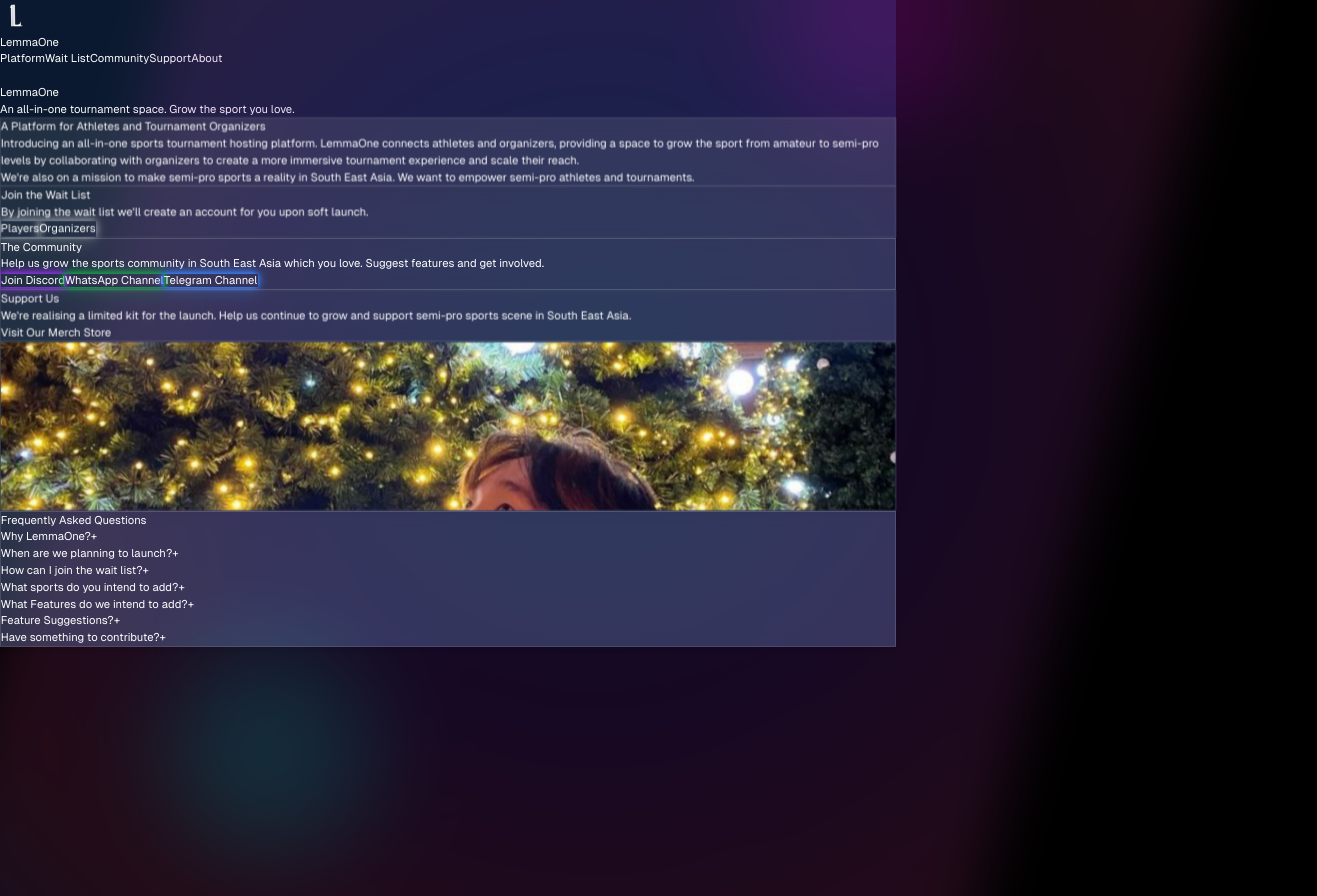
Repository: yao-creative/lemma-one-launch
Page: /
These files come from the project's save history. The page is drawn as it stood at one moment and after the next save; the edit follows.
The browser window is 1280 px wide. The page is 1882 px wide, so the pictures cover 1882 px, including what lies to the right of the window. The pictures show the part of the page from y = 0 to 1280 px (the page is 1952 px tall), at 70% of full size.
Some web fonts or font styles are not loaded; a fallback is used. The project was rebuilt for these pictures with package versions that can differ from the ones it lists, and the page was loaded fresh each time. The framework's server and built-in components were replaced by stand-ins that run in the browser. Also part of the build but not shown: next.config.js, next.config.mjs, app/components/WaitListForm.tsx.

Above is the page before, as saved 2024-09-28 15:32:54.

### app/layout.tsx
import type { Metadata } from "next";
import localFont from "next/font/local";
import "./globals.css";

const geistSans = localFont({
  src: "./fonts/GeistVF.woff",
  variable: "--font-geist-sans",
  weight: "100 900",
});

const geistMono = localFont({
  src: "./fonts/GeistMonoVF.woff",
  variable: "--font-geist-mono",
  weight: "100 900",
});

const nikeFont = localFont({
  src: "./fonts/Futura-Condensed-Extra-Bold.otf",
  variable: "--font-nike",
});

export const metadata: Metadata = {
  title: "LemmaOne",
  description: "A space for semi-pro athletes. Growing the sport we love.",
};

export default function RootLayout({
  children,
}: Readonly<{
  children: React.ReactNode;
}>) {
  return (
    <html lang="en">
      <body
        className={`${geistSans.variable} ${geistMono.variable} ${nikeFont.variable} antialiased`}
      >
        {children}
      </body>
    </html>
  );
}

### app/globals.css
@tailwind base;
@tailwind components;
@tailwind utilities;

:root {
  --background: #000000;
  --foreground: #ffffff;
  --dark-blue: #0a192f;
}

@media (prefers-color-scheme: dark) {
  :root {
    --background: #0a0a0a;
    --foreground: #ededed;
  }
}

body {
  color: var(--foreground);
  background: var(--background);
  font-family: var(--font-geist-sans), Arial, sans-serif;
}

@layer utilities {
  .text-balance {
    text-wrap: balance;
  }
}

@keyframes pulse-subtle {
  0%, 100% {
    opacity: 1;
  }
  50% {
    opacity: 0.8;
  }
}

.animate-pulse-subtle {
  animation: pulse-subtle 2s cubic-bezier(0.4, 0, 0.6, 1) infinite;
}

.glow-button {
  box-shadow: 0 0 10px rgba(255, 255, 255, 0.5), 0 0 20px rgba(255, 255, 255, 0.3), 0 0 30px rgba(255, 255, 255, 0.1);
  transition: all 0.3s ease;
}

.glow-button:hover {
  box-shadow: 0 0 15px rgba(255, 255, 255, 0.7), 0 0 25px rgba(255, 255, 255, 0.5), 0 0 35px rgba(255, 255, 255, 0.3);
}

.neon-button {
  box-shadow: 0 0 10px #9333ea, 0 0 20px #9333ea, 0 0 30px #9333ea;
  animation: neon-glow 1.5s ease-in-out infinite alternate;
}

@keyframes neon-glow {
  from {
    box-shadow: 0 0 5px #9333ea, 0 0 20px #9333ea, 0 0 30px #9333ea;
  }
  to {
    box-shadow: 0 0 10px #9333ea, 0 0 30px #9333ea, 0 0 40px #9333ea;
  }
}

@keyframes pulse {
  0%, 100% {
    opacity: 1;
  }
  50% {
    opacity: 0.5;
  }
}

.animate-pulse {
  animation: pulse 2s cubic-bezier(0.4, 0, 0.6, 1) infinite;
}

.bg-darkBlue {
  background-color: var(--dark-blue);
}

.glassmorphism-bg {
  position: absolute;
  inset: -50%;
  background: radial-gradient(
    circle,
    rgba(65, 105, 225, 0.3) 0%,
    rgba(147, 51, 234, 0.3) 33%,
    rgba(236, 72, 153, 0.3) 66%,
    rgba(59, 130, 246, 0.3) 100%
  );
  filter: blur(40px);
  opacity: 0.5;
  animation: move 20s linear infinite;
}

/* Add neon blobs */
.glassmorphism-bg::before,
.glassmorphism-bg::after {
  content: '';
  position: absolute;
  width: 300px;
  height: 300px;
  border-radius: 50%;
  filter: blur(60px);
}

.glassmorphism-bg::before {
  background: rgba(255, 0, 255, 0.3);
  top: 20%;
  left: 20%;
  animation: float 10s ease-in-out infinite;
}

.glassmorphism-bg::after {
  background: rgba(0, 255, 255, 0.3);
  bottom: 20%;
  right: 20%;
  animation: float 12s ease-in-out infinite reverse;
}

@keyframes float {
  0%, 100% { transform: translate(0, 0); }
  50% { transform: translate(30px, 30px); }
}

@keyframes move {
  0% {
    transform: translate(0, 0) rotate(0deg);
  }
  25% {
    transform: translate(10%, 10%) rotate(90deg);
  }
  50% {
    transform: translate(0, 20%) rotate(180deg);
  }
  75% {
    transform: translate(-10%, 10%) rotate(270deg);
  }
  100% {
    transform: translate(0, 0) rotate(360deg);
  }
}

section {
  background-color: rgba(255, 255, 255, 0.1);
  backdrop-filter: blur(10px);
  border: 1px solid rgba(255, 255, 255, 0.2);
  box-shadow: 0 4px 6px rgba(0, 0, 0, 0.1);
}

.section-glass {
  background-color: rgba(255, 255, 255, 0.1);
  backdrop-filter: blur(10px);
  border: 1px solid rgba(255, 255, 255, 0.2);
  box-shadow: 0 4px 6px rgba(0, 0, 0, 0.1);
}

.title-section {
  background: none;
  backdrop-filter: none;
  border: none;
  box-shadow: none;
}

select[multiple] {
  height: auto;
  min-height: 100px;
}

select[multiple] option {
  padding: 0.5rem;
  margin-bottom: 0.25rem;
  border-radius: 0.25rem;
  background-color: rgba(255, 255, 255, 0.1);
  transition: background-color 0.2s;
}

select[multiple] option:checked {
  background-color: rgba(255, 255, 255, 0.3);
}

.neon-button-purple {
  box-shadow: 0 0 5px #9333ea, 0 0 10px #9333ea, 0 0 15px #9333ea;
  animation: neon-glow-purple 1.5s ease-in-out infinite alternate;
}

@keyframes neon-glow-purple {
  from {
    box-shadow: 0 0 5px #9333ea, 0 0 10px #9333ea, 0 0 15px #9333ea;
  }
  to {
    box-shadow: 0 0 10px #9333ea, 0 0 15px #9333ea, 0 0 20px #9333ea;
  }
}

.neon-button-green {
  box-shadow: 0 0 5px #16a34a, 0 0 10px #16a34a, 0 0 15px #16a34a;
  animation: neon-glow-green 1.5s ease-in-out infinite alternate;
}

@keyframes neon-glow-green {
  from {
    box-shadow: 0 0 5px #16a34a, 0 0 10px #16a34a, 0 0 15px #16a34a;
  }
  to {
    box-shadow: 0 0 10px #16a34a, 0 0 15px #16a34a, 0 0 20px #16a34a;
  }
}

.neon-button-blue {
  box-shadow: 0 0 5px #3b82f6, 0 0 10px #3b82f6, 0 0 15px #3b82f6;
  animation: neon-glow-blue 1.5s ease-in-out infinite alternate;
}

@keyframes neon-glow-blue {
  from {
    box-shadow: 0 0 5px #3b82f6, 0 0 10px #3b82f6, 0 0 15px #3b82f6;
  }
  to {
    box-shadow: 0 0 10px #3b82f6, 0 0 15px #3b82f6, 0 0 20px #3b82f6;
  }
}

### app/lib/auth.ts
import { auth, db } from './firebase';
import { signInWithPopup, GoogleAuthProvider, FacebookAuthProvider, PhoneAuthProvider, signInWithPhoneNumber, ApplicationVerifier } from 'firebase/auth';
import { doc, setDoc } from 'firebase/firestore';

export async function signUpWithGoogle(formData: any) {
  const provider = new GoogleAuthProvider();
  try {
    const result = await signInWithPopup(auth, provider);
    await setDoc(doc(db, 'users', result.user.uid), {
      ...formData,
      email: result.user.email,
      authProvider: 'google',
    });
    return result.user;
  } catch (error) {
    console.error('Error signing up with Google:', error);
    throw error;
  }
}

export async function signUpWithFacebook(formData: any) {
  const provider = new FacebookAuthProvider();
  try {
    const result = await signInWithPopup(auth, provider);
    await setDoc(doc(db, 'users', result.user.uid), {
      ...formData,
      email: result.user.email,
      authProvider: 'facebook',
    });
    return result.user;
  } catch (error) {
    console.error('Error signing up with Facebook:', error);
    throw error;
  }
}

export async function signUpWithPhone(phoneNumber: string, appVerifier: ApplicationVerifier, formData: any) {
  try {
    const confirmationResult = await signInWithPhoneNumber(auth, phoneNumber, appVerifier);
    // You'll need to implement a way to get the verification code from the user
    // For this example, we'll assume you have a way to get the code
    const verificationCode = await getVerificationCodeFromUser();
    const result = await confirmationResult.confirm(verificationCode);
    await setDoc(doc(db, 'users', result.user.uid), {
      ...formData,
      phoneNumber: result.user.phoneNumber,
      authProvider: 'phone',
    });
    return result.user;
  } catch (error) {
    console.error('Error signing up with phone:', error);
    throw error;
  }
}

// This function is a placeholder. You'll need to implement this based on your UI.
async function getVerificationCodeFromUser(): Promise<string> {
  // Implement your logic to get the verification code from the user
  return '123456'; // This is just a placeholder
}

### app/components/FAQSection.tsx
import React, { useState } from 'react';

interface FAQ {
  question: string;
  answer: string | JSX.Element;
}

interface FAQSectionProps {
  faqs: FAQ[];
}

const FAQSection: React.FC<FAQSectionProps> = ({ faqs }) => {
  const [openFAQ, setOpenFAQ] = useState<number | null>(null);

  const toggleFAQ = (index: number) => {
    setOpenFAQ(openFAQ === index ? null : index);
  };

  return (
    <section className="text-center flex flex-col items-center justify-center w-full max-w-4xl section-glass rounded-3xl p-8 my-16">
      <h3 className="text-2xl md:text-3xl font-semibold font-nike mb-8">Frequently Asked Questions</h3>
      <div className="w-full max-w-2xl">
        {faqs.map((faq, index) => (
          <div key={index} className="mb-4">
            <button
              className="flex justify-between items-center w-full text-left px-4 py-2 bg-gray-800 hover:bg-gray-700 transition-colors duration-300 rounded-lg"
              onClick={() => toggleFAQ(index)}
            >
              <span className="text-lg font-semibold">{faq.question}</span>
              <span className="text-2xl">{openFAQ === index ? '−' : '+'}</span>
            </button>
            {openFAQ === index && (
              <div className="mt-2 px-4 py-2 bg-gray-900 rounded-lg">
                <p className="text-base">{faq.answer}</p>
              </div>
            )}
          </div>
        ))}
      </div>
    </section>
  );
};

export default FAQSection;

### app/components/AboutSection.tsx
import React from 'react';
import Image from 'next/image';

const AboutSection: React.FC = () => {
  return (
    <section className="text-center flex flex-col items-center justify-center w-full max-w-4xl section-glass rounded-3xl p-8 my-16">
      <h3 className="text-2xl md:text-3xl font-semibold font-nike mb-4">About Us</h3>
      <p className="text-base md:text-lg max-w-2xl mb-8">
        In South East Asia, relative to the size of the population, especially that of the youth, and the fanbase for sports, there is a huge gap in both federation funding and professional funding for sports. LemmaOne is put together by a team of passionate athletes who want to build a community and a possibility for the next generation to realize their dreams in competitive sports.
      </p>
      <div className="flex flex-col items-center w-full">
        <h3 className="text-xl font-semibold mb-4 text-center">Yao</h3>
        <div className="flex flex-col md:flex-row items-center md:items-start gap-4">
          <div className="relative w-28 h-28 flex-shrink-0 mb-4 md:mb-0">
            <Image
              src="/about/profile.jpg"
              alt="Yao"
              layout="fill"
              objectFit="cover"
              className="rounded-full"
            />
          </div>
          <p className="text-sm opacity-70 text-center md:text-left md:pr-4 max-w-prose">
            Hi my name is Yao. I've been playing volleyball competitively since I was 14. I've competed in the largest national tournament when I was 17. After that, the notion of going pro for sports was almost non-existent in my country. I took a gamble and went abroad for a gap year. I ended up majoring in mathematics and computer science in university and, five years later, I'm back in this corner of the world to build things.
          </p>
        </div>
        <div className="flex flex-row items-center justify-center mt-4">
          <a href="https://www.linkedin.com/in/yi-yao-tan-9719301a3/" className="flex items-center mx-2">
            <Image src="/icons/linkedin.svg" alt="LinkedIn" width={24} height={24} className="hover:opacity-80" />
          </a>
          <a href="mailto:yytanwork@gmail.com" className="flex items-center mx-2">
            <Image src="/icons/email.svg" alt="Email" width={24} height={24} className="hover:opacity-80" />
          </a>
        </div>
      </div>
    </section>
  );
};

export default AboutSection;

### app/lib/firebase.ts
import { initializeApp, getApps } from 'firebase/app';
import { getAuth } from 'firebase/auth';
import { getFirestore } from 'firebase/firestore';

const firebaseConfig = {
  apiKey: process.env.NEXT_PUBLIC_FIREBASE_API_KEY,
  authDomain: process.env.NEXT_PUBLIC_FIREBASE_AUTH_DOMAIN,
  projectId: process.env.NEXT_PUBLIC_FIREBASE_PROJECT_ID,
  storageBucket: process.env.NEXT_PUBLIC_FIREBASE_STORAGE_BUCKET,
  messagingSenderId: process.env.NEXT_PUBLIC_FIREBASE_MESSAGING_SENDER_ID,
  appId: process.env.NEXT_PUBLIC_FIREBASE_APP_ID,
  measurementId: process.env.NEXT_PUBLIC_FIREBASE_MEASUREMENT_ID,
};

// Initialize Firebase
let firebase_app = getApps().length === 0 ? initializeApp(firebaseConfig) : getApps()[0];

// Initialize Firebase services
const auth = getAuth(firebase_app);
const db = getFirestore(firebase_app);

export { firebase_app, auth, db };

Loaded but not shown: app/page.tsx (268 lines, source omitted); tailwind.config.js (empty)

After the next save:
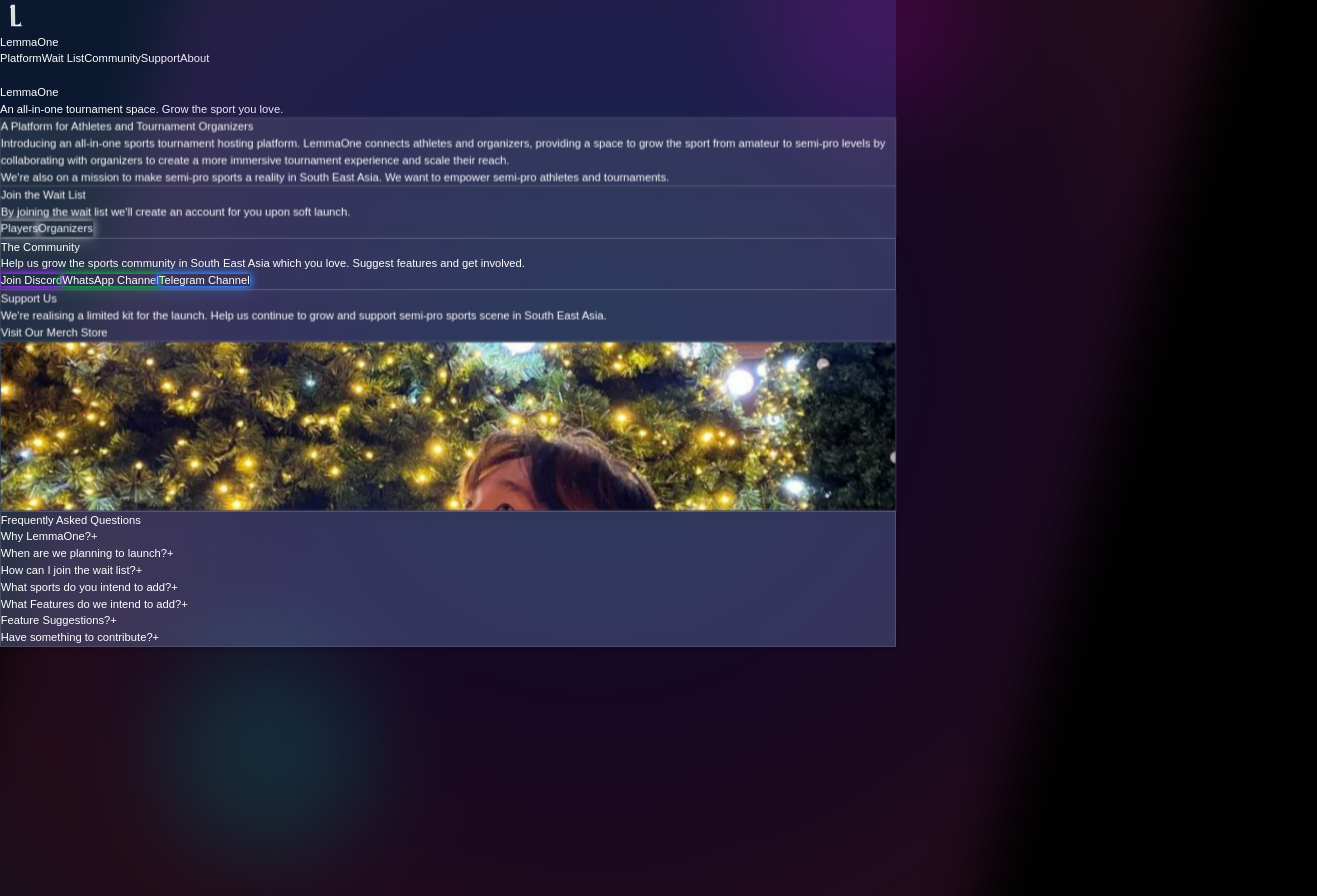
Saved 1 s later.
--- a/app/layout.tsx
+++ b/app/layout.tsx
@@ -3,15 +3,13 @@
 import "./globals.css";
 
 const geistSans = localFont({
-  src: "./fonts/GeistVF.woff",
+  src: "./fonts/GeistVF.woff2",
   variable: "--font-geist-sans",
-  weight: "100 900",
 });
 
 const geistMono = localFont({
-  src: "./fonts/GeistMonoVF.woff",
+  src: "./fonts/GeistMonoVF.woff2",
   variable: "--font-geist-mono",
-  weight: "100 900",
 });
 
 const nikeFont = localFont({
@@ -31,9 +29,7 @@
 }>) {
   return (
     <html lang="en">
-      <body
-        className={`${geistSans.variable} ${geistMono.variable} ${nikeFont.variable} antialiased`}
-      >
+      <body className={`${geistSans.variable} ${geistMono.variable} ${nikeFont.variable} font-sans`}>
         {children}
       </body>
     </html>
